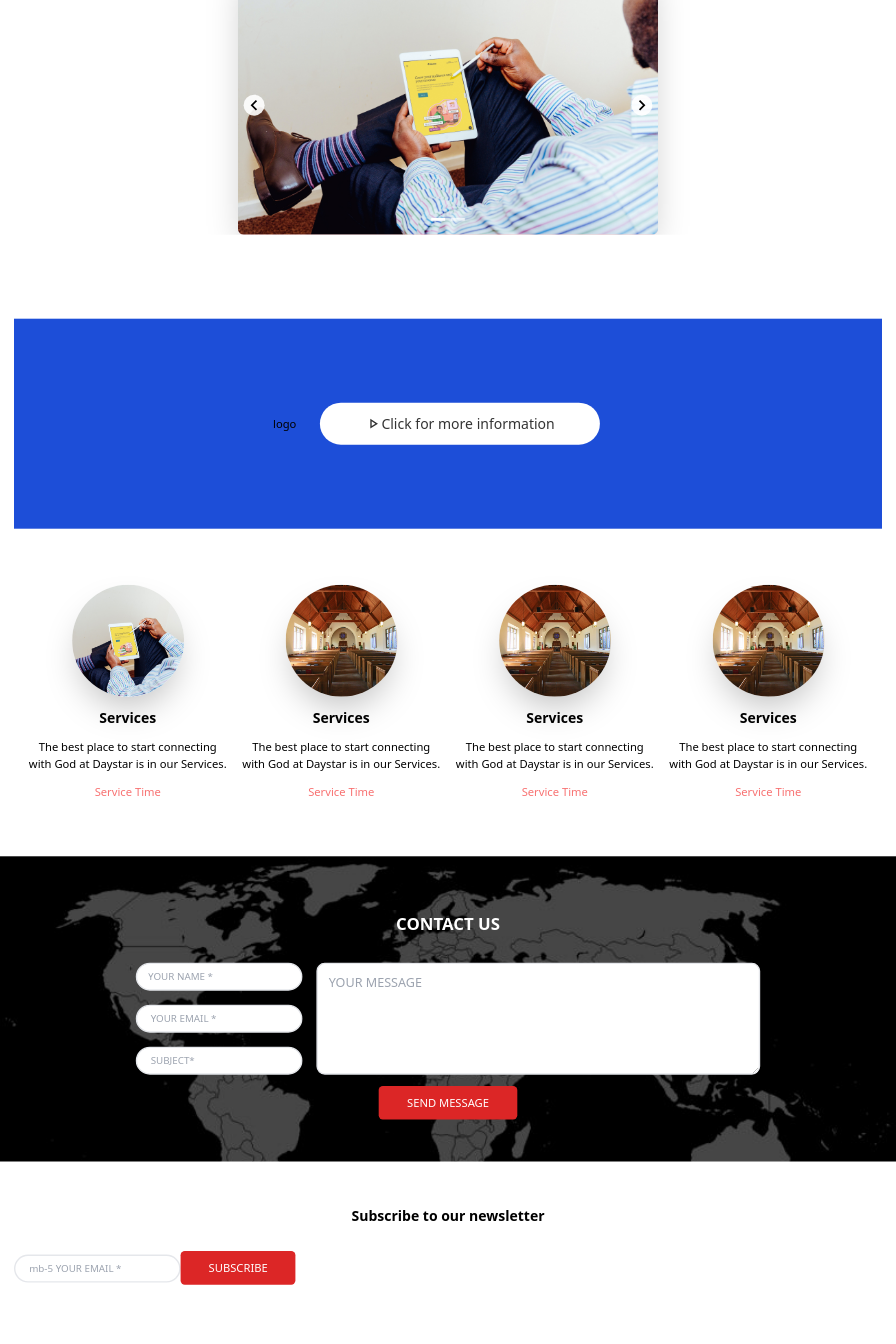
Repository: hisreal123/godschamber
Page: /
These files come from the project's save history. The page is drawn as it stood at one moment and after the next save; the edit follows.
The browser window is 1280 px wide. The pictures show the part of the page from y = 1775 to 3695 px (the page is 3695 px tall), at 70% of full size.
The project was rebuilt for these pictures with package versions that can differ from the ones it lists, and the page was loaded fresh each time. The framework's server and built-in components were replaced by stand-ins that run in the browser. Also part of the build but not shown: next.config.js.

Above is the page before, as saved 2023-03-31 18:15:04.

### src/app/layout.tsx
import './globals.css'


export const metadata = {
  title: 'Welcome to Godschambers e-church ',
  description: 'Get closer to Your father ',
}

export default function RootLayout({
  children,
}: {
  children: React.ReactNode
}) {
  return (
    <html lang="en">
      <body>
        {children}
      </body>
    </html>
  )
}

### src/app/page.tsx
"use client"
import React, { lazy, useState } from 'react'
import { Inter } from 'next/font/google'


// context
import { SideBarContext } from './components/context/SidebarContext'


// Font
const inter = Inter({ subsets: ['latin'] })

// LazyLoading
const Header = lazy(() => import('./components/Header'))
const Sidebar = lazy(() => import('./components/Sidebar'))
const Banner = lazy(() => import('./components/Banner'))
const Quote = lazy(() => import('./components/Quote'))
const HopeCards = lazy(() => import('./components/HopeCards'))
const Events = lazy(() => import('./components/Events'))
const More = lazy(() => import('./components/More'))
const ContactUs = lazy(() => import('./components/ContactUs'))


// Export....
export default function Home() {

  const [Open, setOpen] = useState(false)

  return (
    <main className="w-screen overflow-hidden relative">
      <SideBarContext.Provider value={{ Open, setOpen }}>
        <Header />
        <Sidebar />
      </SideBarContext.Provider>
      <Banner />
      <Quote />
      <HopeCards />
      <Events />
      <More />
      <ContactUs />
    </main>
  )
}

### src/app/globals.css
@tailwind base;
@tailwind components;
@tailwind utilities;


/* slider Components*/

### src/app/components/context/SidebarContext.tsx
import { createContext } from "react";


 type SideBarProps  = {
    Open: boolean
    setOpen :  any
}

export const SideBarContext = createContext( {} as  SideBarProps)

### src/app/components/Header.tsx
import { SideBarNav } from './SideBarNav';
import React, { useState, useEffect, useContext } from 'react'
import { SideBarContext } from './context/SidebarContext'
import { menuIcon } from './SvgIcons/SvgIcons'
import { motion } from 'framer-motion'

export default function Header() {

  const [scrollY, setScrollY] = useState(0)
  const { Open, setOpen } = useContext(SideBarContext)
  const toggleSideBar = () => setOpen(!Open)


  useEffect(() => {
    const handleScroll = () => {
      setScrollY(window.scrollY);
    }

    window.addEventListener("scroll", handleScroll);

    return () => {
      window.removeEventListener("scroll", handleScroll);
    };
  }, [])

  const backgroundColor = scrollY > 100 ? 'bg-indigo-500' : 'transparent';

  return (
    <div
      className={` ${backgroundColor} transition h-20 transparent fixed w-screen drop-shadow-lg z-20`}>
      <div className="container px-10 md:px-0 h-full mx-auto flex justify-between items-center">

        {/* logo here*/}
        <a className="" href="#">logo</a>

        {/* menu Links */}
        <SideBarNav toggleSideBar={toggleSideBar} style='hidden px-10 py-16 bg-gray-800 z-10
            md:relative md:flex md:p-0 md:bg-transparent md:flex-row md:space-x-6' liStyle='md:text-xs' />

        <div className="flex items-center md:hidden">
          <button className="text-white text-4xl font-bold opacity-70 hover:opacity-100 duration-300"
            onClick={toggleSideBar}>
            {menuIcon}
          </button>
        </div>
      </div>
    </div>
  )
}

### src/app/components/Sidebar.tsx
import React, { useMemo, useContext, lazy } from 'react'
import { SideBarContext } from './context/SidebarContext'
import { SideBarNav } from './SideBarNav'
// import { motion } from 'framer-motion'

export default function Sidebar() {

  const { Open, setOpen } = useContext(SideBarContext)
  const toggleSideBar = () => setOpen(!Open)

  return (
    <div
      className="wrapper md:hidden transition ">
      <div

        className={Open ? " transition w-1/2 bg-slate-400 fixed top-0 bottom-0 right-0 shadow-lg z-[100]" : 'hidden '}>
        <SideBarNav toggleSideBar={toggleSideBar} style='relative h-screen bg-gradient-to-r from-violet-600 via-violet-600 to-indigo-600 w-full pt-20' liStyle=' inline-block  p-2  mt-1 text-xs w-full font-lighter opacity-2  ' />
      </div>

      {/* overlay */}
      <div className={Open ? " h-screen bg-black bg-opacity-50 z-10 fixed w-screen top-0 " : 'hidden '} onClick={toggleSideBar}></div>
    </div>
  )
}

### src/app/components/Banner.tsx
import { ClickButton } from './ClickButton';
import React from 'react'
import VideoPlayer from './VideoBackground'
import { motion as m } from 'framer-motion'

import { Watch, location } from './SvgIcons/SvgIcons'
import { BannerPlace } from './animation/animations';

export default function Banner() {
  return (
    <>
      <div className="wrapper h-screen">
        <div className="absolute flex items-center h-screen w-screen justify-center">
          <div className="wrap">

            <div className="text text-white text-center ">
              <m.h1
                variants={BannerPlace}
                initial="hide"
                animate="show"
                transition={{ duration: 2.5, type: "spring", stiffness: 100 }}
                className='text-4xl md:text-6xl font-light mb-5 md:mb-6 '>
                A PLACE FOR YOU
              </m.h1>
              <div className="desc mb-8 text-md md:text-2xl"> Join us this weekend </div>
            </div>

            <div className="btn flex flex-col md:flex-row md:items-center  md:space-x-2 md:w-[500px] md:mx-auto ">
              <ClickButton icon={location} title='Find a location' href="/" style=" flex  items-center justify-center space-x-5 rounded-full bg-red-600 hover:bg-red-800 text-white py-2 px-2 text-center md:w-[70%] md:mx-auto md:py-4 md:px-5  md:space-x-0 md:text-sm" />
              <ClickButton icon={Watch} title='Find a location' href="/" style=" flex  items-center justify-center space-x-5 rounded-full bg-red-600 hover:bg-red-800 text-white py-2 px-2 text-center mt-5 md:w-[70%] md:text-xl md:mx-auto md:mt-0 md:mx-auto md:py-4 md:px-5 md:space-x-0 md:text-sm" />
            </div>
          </div>
        </div>
        <VideoPlayer />
      </div>
    </>
  )
}

### src/app/components/Quote.tsx
import React from 'react'
export default function Quote() {
  return (
    <>
      <div className="container mx-auto py-10 text-center  md:py-14 relative -z-50 md:w-3/4">
        <h2 className='mb-5 md:text-3xl font-bold'> WELCOME TO THE CHURCH</h2>

        <div className="welcomeMessage px-5 flex flex-col ">
          <span className='text-4xl font-bold text-gray-500 md:text-6xl self-start '>
            &quot;
          </span>
          <p className='text-xs md:text-lg '>
            God has given us a mandate to raise role models, and He has indeed been faithful, backing our dedication and hard work with a great harvest of transformed lives. It is top priority for us that you partake of wholesome worship, edifying messages to build you up and positive interactions. We invite you to tour our website and get to know us a bit better - our service times, locations and membership. There are also links should you wish to support our ministry by giving. We look forward to having the pleasure of hosting you and your family soon, either in person at one of our campuses or virtually.
            In Christ, <b>Sam & Nike Adeyemi.</b>
          </p>
          <span className='text-4xl font-bold text-gray-500 md:text-6xl self-end '>
            &quot;
          </span>

        </div>

      </div>
    </>
  )
}

### src/app/components/HopeCards.tsx
import React, { lazy } from 'react'


const Cards = lazy(() => import('./CardsComponents'))

export default function HopeCards() {
  return (
    <>
      <div className="wrapper  relative z-0">
        <div className="Container px-5">

          <div className="top text-center">
            <h1 className='text-lg md:text-lg lg:text-xl font-bold mb-3'>HOPE FOR TODAY</h1>
            <p className=' italic font-light text-gray-500'>Inspiring resources to become a better you.</p>
          </div>
          <div className="CardWrapper grid grid-cols-1 gap-5 md:grid-cols-2 lg:grid-cols-4 mt-5">
            <Cards imgSrc="/assets/img1.jpg" text="Get Inspired:Message Series" alt=" Get inspired" mainStyle="flex flex-col bg-white overflow-hidden  w-full shadow-md" topStyle='' btmStyle=' py-4  px-2 ' textStyle='text-md text-red-700 md:text-lg lg:text-xl' />
            <Cards imgSrc="/assets/img2.jpg" text="Get Inspired:Message Series" alt=" Get inspired" mainStyle="flex flex-col bg-white overflow-hidden  w-full shadow-md" topStyle='' btmStyle=' py-4  px-2 ' textStyle='text-md text-red-700 md:text-lg lg:text-xl' />
            <Cards imgSrc="/assets/img3.jpg" text="Get Inspired:Message Series" alt=" Get inspired" mainStyle="flex flex-col bg-white overflow-hidden  w-full shadow-md" topStyle='' btmStyle=' py-4  px-2 ' textStyle='text-md text-red-700 md:text-lg lg:text-xl' />
            <Cards imgSrc="/assets/img4.jpg" text="Get Inspired:Message Series" alt=" Get inspired" mainStyle="flex flex-col bg-white overflow-hidden  w-full shadow-md" topStyle='' btmStyle=' py-4  px-2 ' textStyle='text-md text-red-700 md:text-lg lg:text-xl' />
          </div>
        </div>
      </div>
    </>
  )
}

### src/app/components/Events.tsx
import React from 'react'
import Carousel from './Carousel/Carousel'

export default function Events() {
    return (
        <>
            <section className='Container px-5'>
                <h1 className="my-8 font-bold text-2xl "> Event ..</h1>

                <div className="Carousel-ShowCase">
                    <Carousel />
                </div>
            </section>
        </>
    )
}

### src/app/components/ContactUs.tsx
import React from 'react'
import Newsletter from './Newsletter'

export default function ContactUs() {
    return (
        <>
            <div>

                <section className=" bg-[url('/assets/map_black.jpeg')] bg-cover bg-no-repeat bg-top px-5 py-10 h-auto">
                    <h1 className='text-center my-10 text-white font-bold  text-2xl'>CONTACT US </h1>

                    <form action="" className=' flex flex-col md:flex-row'>
                        <div className='  md:w-[90%] md:mx-auto md:flex md:flex-col md:items-center'>
                            <div className=" md:flex md:w-[80%] md:mx-auto md:space-x-5 w-full relative ">
                                <div className="flex md:w-[60%] md:flex-1 flex-col justify-center space-y-5 relative">
                                    <input type="text" placeholder='YOUR NAME *' className='text-sm rounded-3xl px-4 py-2 hover:first-letter:border-red-300 border-2 outline-none  md:w-full' />
                                    <input type="email" placeholder=' YOUR EMAIL *' className='text-sm rounded-3xl px-4 py-2 hover:first-letter:border-red-300 border-2 outline-none' />
                                    <input type="text" placeholder=' SUBJECT*' className='text-sm rounded-3xl px-4 py-2 hover:first-letter:border-red-300 border-2 outline-none ' />
                                </div>
                                <textarea placeholder='YOUR MESSAGE' className='text-sm rounded-xl px-4 py-3 hover:first-letter:border-red-300 border-2 outline-none mt-5 md:mt-0 md:text-md lg:text-lg mx-auto w-full' rows={4} />
                            </div>

                            <button type='submit' className='self-center md:w-fit rounded-md bg-red-600 hover:bg-red/60  px-4 py-3 w-full mt-4 mb-5 md:text-white lg:px-10 hover:bg-red-800 md:font-light '>SEND MESSAGE</button>
                        </div>
                    </form>

                </section>




                {/* Adding newsletter component here  */}
                <Newsletter />
            </div>
        </>
    )
}

### src/app/components/SideBarNav.tsx
import React from "react";
import {home,
    Contact,
    Watch,
    Care,
    Give,
    Blog} from './SvgIcons/SvgIcons'

type SideBarNavProps = {
    toggleSideBar : () => { }
    style?:  string
    liStyle? : string
}

export function SideBarNav({liStyle, style, toggleSideBar}: SideBarNavProps) {
  return <div className="">
    <ul className={` ${style} `}>

        <li>
            <a className={`${liStyle} flex items-center  text-white opacity-70 hover:opacity-100 duration-300`} href="#">
                <span className="font-light mr-2  ">
                {home}
                </span>
                ABOUT</a>
        </li>
        <li>
            <a className={`${liStyle} flex items-center  text-white opacity-70 hover:opacity-100 duration-300`} href="#">
            <span className="font-light mr-2  ">
                {Contact}
                </span>
                CONNECT</a>
        </li>
        <li>
            <a className={`${liStyle} flex items-center  text-white opacity-70 hover:opacity-100 duration-300`} href="#">
            <span className="font-light mr-2  ">
                {Watch}
                </span>
                WATCH</a>
        </li>

        <li>
            <a className={`${liStyle} flex items-center  text-white opacity-70 hover:opacity-100 duration-300`} href="#">
            <span className="font-light mr-2  ">
                {Care}
                </span>
                CARE</a>
        </li>

        <li>
            <a className={`${liStyle} flex items-center  text-white opacity-70 hover:opacity-100 duration-300`} href="#">
            <span className="font-light mr-2  ">
                {Give}
                </span>
                GIVE</a>
        </li>
        <li>
            <a className={`${liStyle} flex items-center  text-white opacity-70 hover:opacity-100 duration-300`} href="#">
            <span className="font-light mr-2  ">
                {Blog}
                </span>
                BLOG</a>
        </li>

        </ul>
    </div>
}

### src/app/components/ClickButton.tsx
import React from "react";


type clickButton = {
  style: string
  title : string
  href: string
  icon?: string | any}


export function ClickButton({icon, style, title, href}  : clickButton) {
  return <>
    <a href={href} className={`${style}`}>
      {icon  ? (
        <>
          <span>
            {icon}
          </span>
          <p>{title}</p>
        </>
      ) : ( `
        ${title}
      `)}
    </a>
    {/* <a href="" className=""> Watch Online</a> */}
  </>;
}

### src/app/components/VideoBackground.tsx
import { useState } from 'react'

const VideoPlayer = () => {


  return (
    <div className='vBackground'>
      <video
         src="./assets/churchVideo.mp4"
         className="h-screen w-screen object-cover"
         loop
         autoPlay
         muted
      />
    </div>
  )
}

export default VideoPlayer

### src/app/components/animation/animations.ts



export const BannerPlace = {
    hide: {  y: 4 ,opacity: 0,scale: 0},
    show: {
        y: 0,
        opacity: 1,
        scale: 1,
        transition: {
          duration: 0.2,
          staggerChildren: 0.2
        }
      }
}

### src/app/components/CardsComponents.tsx
import Image from 'next/legacy/image'
import Link from 'next/link';
import React from 'react'


const ImageStyle = {
  height: ' 100%',
  width: ' 100%'
};

type CardComponentProps = {
  text: string
  desc?: string
  imgSrc: string
  mainStyle: string
  topStyle?: string
  btmStyle?: string,
  textStyle: string,
  alt?: string
  href?: string
  hrefTitle?: string
  descStyle?: string
  hrefStyle?: string
}
export default function CardsComponents({
  text,
  desc,
  imgSrc,
  alt,
  href,
  hrefTitle,
  mainStyle,
  topStyle,
  btmStyle,
  textStyle,
  descStyle,
  hrefStyle,
}: CardComponentProps) {

  return (
    <>
      <Link href="#" >
        <div className={`${mainStyle} container`}>
          <div className={`${topStyle} top`}>
            <Image
              src={imgSrc}
              alt={alt}
              height={100}
              width={100}
              layout="responsive"
              objectFit='cover'
              objectPosition="center"
            />
          </div>
          <div className={`${btmStyle} btm`} >
            <h3 className={`${textStyle} btm`}>{text}</h3>
            {desc ? (<p className={descStyle}>{desc}</p>) : null}
            {href ? (<a href={href} className={hrefStyle}>{hrefTitle}</a>) : null}
          </div>
        </div>
      </Link>
    </>
  )
}

### src/app/components/Carousel/Carousel.tsx
import React from 'react'
import Image from 'next/legacy/image'
import { left } from '../SvgIcons/SvgIcons'

const imageData = [
    {
        title: ' First',
        imgSrc: '/assets/img1.jpg'
    },
    {
        title: ' Second',
        imgSrc: '/assets/img2.jpg'
    },
]



export default function Carousel() {



    const [current, setCurrent] = React.useState(0)

    const swipleft = () => {
        const isFirst = current === 0;
        const newIndex = isFirst ? imageData.length - 1 : current - 1;
        setCurrent(newIndex)
    }
    const swipRight = () => {
        const isFirst = current === 0;
        const newIndex = isFirst ? imageData.length - 1 : current - 1;
        setCurrent(newIndex)
    }

    // React.useEffect(() => {
    // setInterval(() => {
    /*  const isFirst = current === 0;
     const newIndex = isFirst ? imageData.length - 1 : current - 1;
     setCurrent(newIndex) */
    // }, 3000)
    // }, [current, setCurrent])


    return (
        <>
            <section className=' overflow-hidden mb-10' >
                <div className=" h-[400px] md:w-[600px] mx-auto  imgWrapper  relative min:h-full  md:m-auto rounded-lg  bg-red-200">
                    <div className='relative h-full rounded-lg overflow-hidden shadow-2xl'>
                        <Image
                            key={current}
                            src={imageData[current].imgSrc}
                            alt=" image 1"
                            height={100}
                            width={100}
                            layout="fill"
                            objectFit='cover'
                            objectPosition="center"
                        />

                        <span className='text-xl cursor-pointer absolute z-10 top-1/2 bg-white/90 rounded-full ml-2' onClick={swipleft}>{left}</span>
                        <span className='text-xl cursor-pointer absolute z-10 top-1/2 bg-white/90 rounded-full mr-2 right-0 rotate-180' onClick={swipRight}>{left}</span>

                        {/* navigator */}
                        <div className="navigatio absolute bottom-5 flex justify-center space-x-2 w-full">
                            {imageData.map((img, index) => (
                                <div key={index}
                                    onClick={swipleft}
                                    className={`${index == current ? ' bg-white h-1 w-5 ' : ' bg-white/70 h-1 w-5'} `}></div>
                            ))}
                        </div>
                    </div>

                </div>
            </section>
        </>
    )
}

### src/app/components/Newsletter.tsx
import React from 'react'


// sendEmail console..
const sendEmail = () => {
    return null;
}


export default function Newsletter() {
    return (
        <>
            <section className='py-16 px-5'>
                <div className='flex flex-col  '>
                    <h1 className=' mb-5 text-center font-bold text-3xl lg:text-xl '> Subscribe to our newsletter </h1>

                    <form method="post">
                        <input type="email" placeholder=' mb-5 YOUR EMAIL *' className='text-sm rounded-3xl px-4 py-2 hover:first-letter:border-red-300 border-2 outline-none' />
                        <button type='submit' className='self-center md:w-fit rounded-md bg-red-600 hover:bg-red/60  px-4 py-3 w-full mt-4 mb-5 md:text-white lg:px-10 hover:bg-red-800 md:font-light '> SUBSCRIBE </button>
                    </form>
                </div>
            </section>
        </>
    )
}

Loaded but not shown: tailwind.config.js (18 lines, source omitted); src/app/components/SvgIcons/SvgIcons.tsx (22 lines, source omitted); src/app/components/More.tsx (91 lines, source omitted)

After the next save:
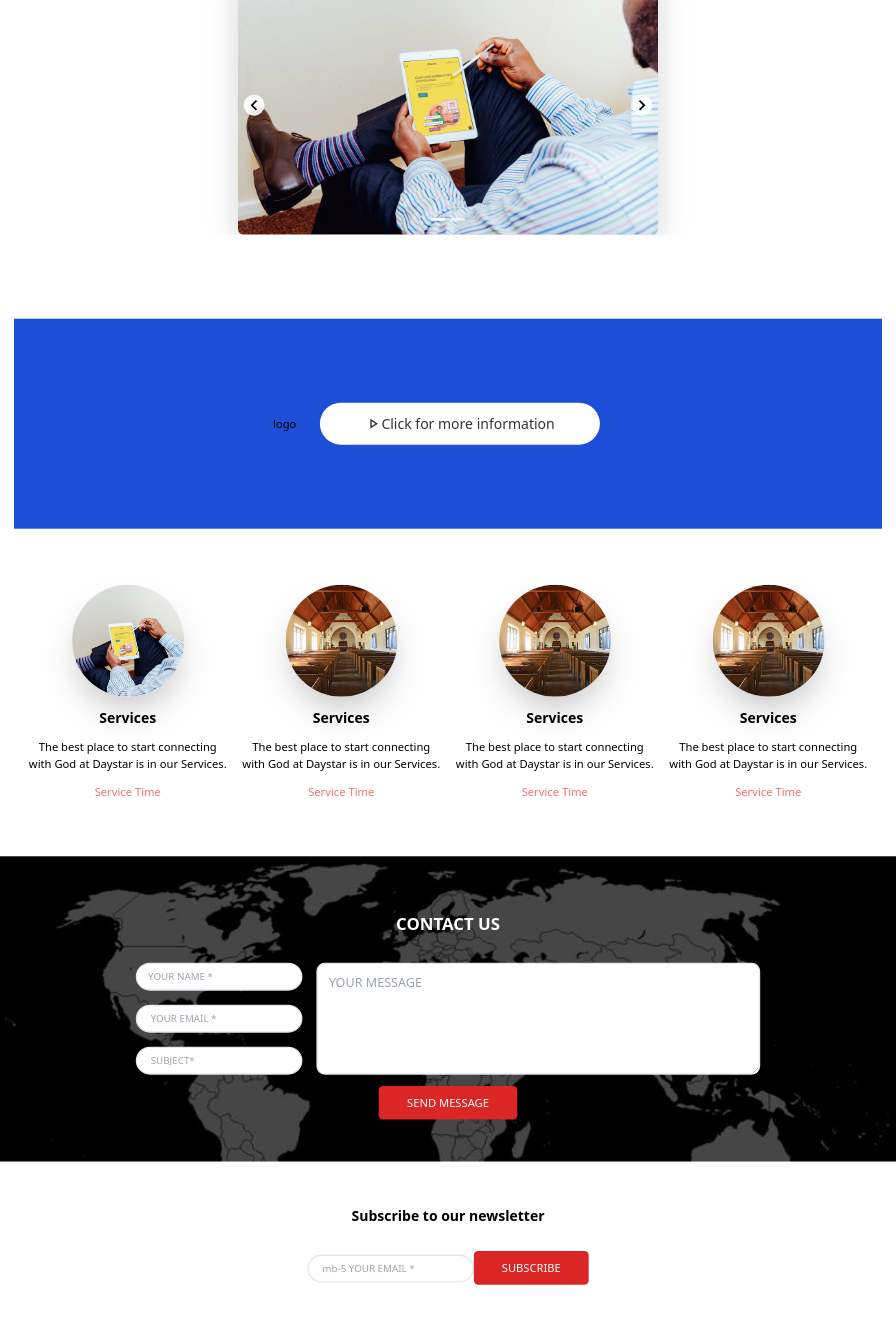
Saved 4 s later.
--- a/src/app/components/Newsletter.tsx
+++ b/src/app/components/Newsletter.tsx
@@ -11,7 +11,7 @@ export default function Newsletter() {
     return (
         <>
             <section className='py-16 px-5'>
-                <div className='flex flex-col  '>
+                <div className='flex flex-col items-center '>
                     <h1 className=' mb-5 text-center font-bold text-3xl lg:text-xl '> Subscribe to our newsletter </h1>
 
                     <form method="post">
